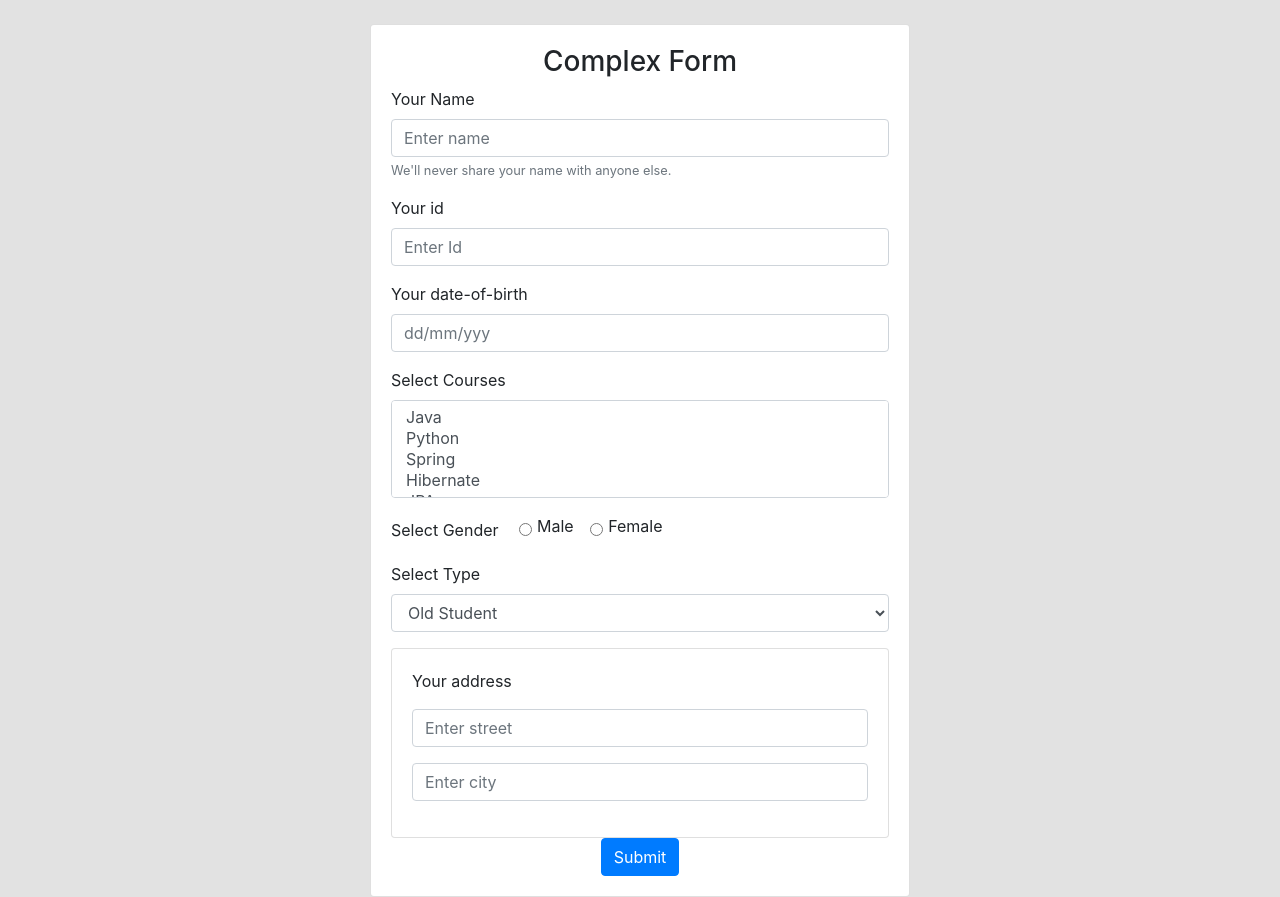
Repository: agupta003/3-18-2024
Page: http://localhost/spring-mvc-orm-db-Fileupload-multipart-resolver/WEB-INF/views/jsp/complex_form.jsp
An editor plug-in stored every save of this project. The page is shown before and after the next save, followed by the edit.
The browser window is 1280 px wide. The pictures show the whole page.
Some web libraries are served in a nearby version. The page is served by Tomcat 10. Nobody is signed in. The template is opened directly, without the code that normally fills it, so the values that code supplies are empty.

Above is the page before, as saved 2024-03-28 04:26:53.

After the next save:
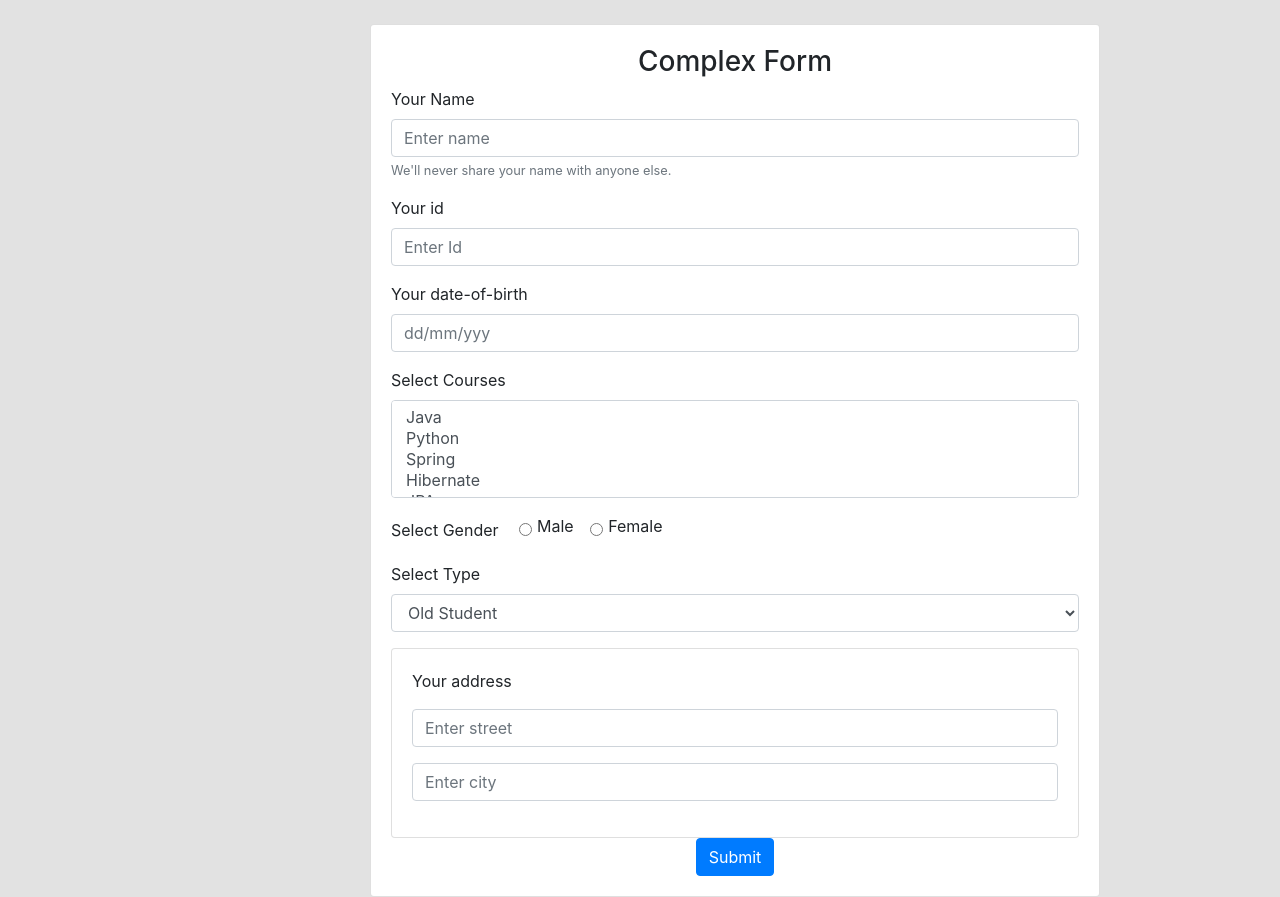
Saved 68 s later.
--- a/spring-mvc-orm-db-Fileupload-multipart-resolver/src/main/webapp/WEB-INF/views/jsp/complex_form.jsp
+++ b/spring-mvc-orm-db-Fileupload-multipart-resolver/src/main/webapp/WEB-INF/views/jsp/complex_form.jsp
@@ -17,7 +17,7 @@
 <body class="" style="background: #e2e2e2;">
 	<div class="container mt-4">
 		<div class="row">
-			<div class="col-md-6 offset-md-3">
+			<div class="col-md-8 offset-md-3">
 				<div class="card">
 					<div class="card-body">
 						<h3 class="text-center">Complex Form</h3>
